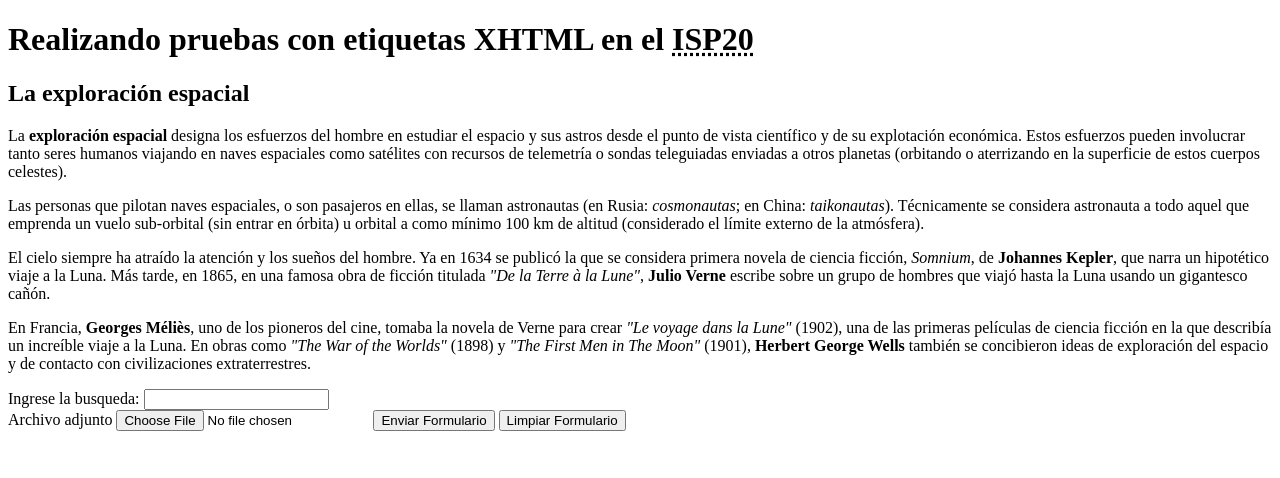
Repository: aleramirezsj/inv-aplicada-isp20
Page: pruebas_html5/pruebas_con_parrafos_y_textos.html
These files come from the project's save history. The page is drawn as it stood at one moment and after the next save; the edit follows.
The browser window is 1280 px wide. The pictures show the whole page.

Above is the page before, as saved 2013-06-24 23:32:42.

### pruebas_html5/pruebas_con_parrafos_y_textos.html
<!DOCTYPE html PUBLIC "-//W3C//DTD XHTML 1.0 Strict//EN" "http://www.w3.org/TR/xhtml1/DTD/xhtml1-strict.dtd">
<html xmlns="http://www.w3.org/1999/xhtml" lang="es" xml:lang="es">

<head>
	<meta http-equiv="Content-Type" content="text/html; charset=UTF-8" />
	<title>La exploración espacial</title>
	<style type="text/css">

	</style>
</head>

<body>

	<h1>Realizando pruebas con etiquetas XHTML en el <acronym title="Instituto Superior de Profesorado Nº 20">ISP20</acronym></h1>

	<h2>La exploración espacial</h2>

	<p>La <strong>exploración espacial</strong> designa los esfuerzos del hombre en estudiar el espacio y sus astros desde el punto de vista científico y de su explotación económica. Estos esfuerzos pueden involucrar tanto seres humanos viajando en naves espaciales como satélites con recursos de telemetría o sondas teleguiadas enviadas a otros planetas (orbitando o aterrizando en la superficie de estos cuerpos celestes).</p>

	<p>Las personas que pilotan naves espaciales, o son pasajeros en ellas, se llaman astronautas (en Rusia: <em>cosmonautas</em>; en China: <em>taikonautas</em>). Técnicamente se considera astronauta a todo aquel que emprenda un vuelo sub-orbital (sin entrar en órbita) u orbital a como mínimo 100 km de altitud (considerado el límite externo de la atmósfera).</p>

	<p>El cielo siempre ha atraído la atención y los sueños del hombre. Ya en 1634 se publicó la que se considera primera novela de ciencia ficción, <em>Somnium</em>, de <strong>Johannes Kepler</strong>, que narra un hipotético viaje a la Luna. Más tarde, en 1865, en una famosa obra de ficción titulada <em>"De la Terre à la Lune"</em>, <strong>Julio Verne</strong> escribe sobre un grupo de hombres que viajó hasta la Luna usando un gigantesco cañón.</p>

	<p>En Francia, <strong>Georges Méliès</strong>, uno de los pioneros del cine, tomaba la novela de Verne para crear <em>"Le voyage dans la Lune"</em> (1902), una de las primeras películas de ciencia ficción en la que describía un increíble viaje a la Luna. En obras como <em>"The War of the Worlds"</em> (1898) y <em>"The First Men in The Moon"</em> (1901), <strong>Herbert George Wells</strong> también se concibieron ideas de exploración del espacio y de contacto con civilizaciones extraterrestres.</p>

	 <form action="https://www.google.com.ar/search" method="get">
	 	<label for="busqueda">Ingrese la busqueda:</label>
	 	<input type="text" id="q" name="q" />
	 	<br />
	 	<label for="adjunto">Archivo adjunto</label>
	 	<input type="file" id="adjunto" name="adjunto" />
	 	<input type="submit" id="cmdenviar" name="cmdenviar" value="Enviar Formulario" />
	 	<input type="reset" id="cmdlimpiar" name="cmdlimpiar" value="Limpiar Formulario" />
	 </form>

</body>

</html>

After the next save:
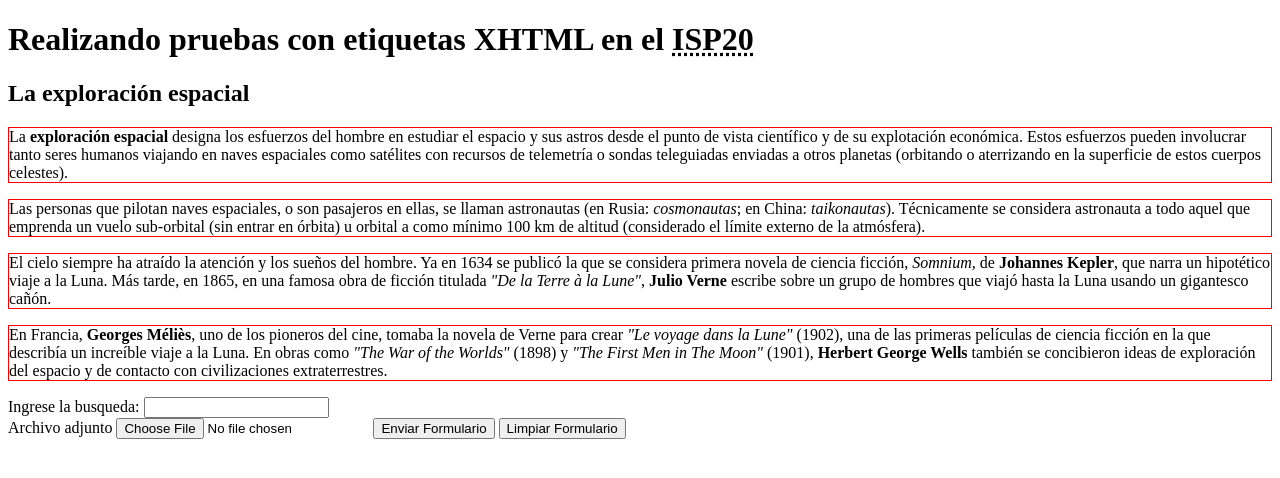
Saved 4 min 39 s later.
--- a/pruebas_html5/pruebas_con_parrafos_y_textos.html
+++ b/pruebas_html5/pruebas_con_parrafos_y_textos.html
@@ -5,7 +5,7 @@
 	<meta http-equiv="Content-Type" content="text/html; charset=UTF-8" />
 	<title>La exploración espacial</title>
 	<style type="text/css">
-
+		p { border: 1px solid red }
 	</style>
 </head>
 
